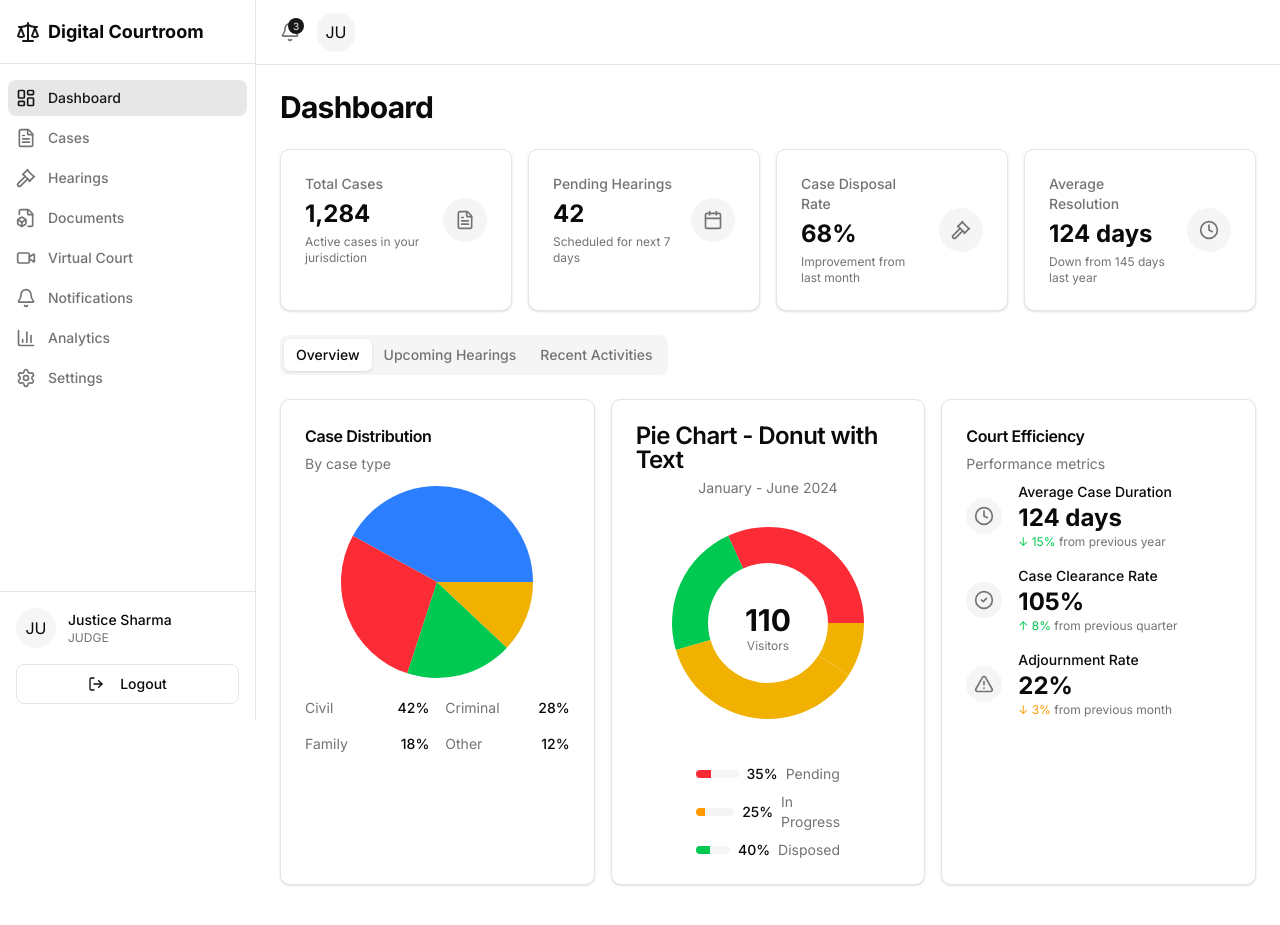
Repository: n0tank3sh/digicourt
Page: /dashboard (app in frontend/)
An editor plug-in stored every save of this project. The page is shown before and after the next save, followed by the edit.
The browser window is 1280 px wide. The pictures show the whole page.
The project was rebuilt for these pictures with package versions that can differ from the ones it lists, and the page was loaded fresh each time. The framework's server and built-in components were replaced by stand-ins that run in the browser. Also part of the build but not shown: frontend/next.config.ts.

Above is the page before, as saved 2025-03-26 23:26:59.

### frontend/src/components/ui/card.tsx
import * as React from "react"

import { cn } from "@/lib/utils"

const Card = React.forwardRef<
  HTMLDivElement,
  React.HTMLAttributes<HTMLDivElement>
>(({ className, ...props }, ref) => (
  <div
    ref={ref}
    className={cn(
      "rounded-lg border bg-card text-card-foreground shadow-sm",
      className
    )}
    {...props}
  />
))
Card.displayName = "Card"

const CardHeader = React.forwardRef<
  HTMLDivElement,
  React.HTMLAttributes<HTMLDivElement>
>(({ className, ...props }, ref) => (
  <div
    ref={ref}
    className={cn("flex flex-col space-y-1.5 p-6", className)}
    {...props}
  />
))
CardHeader.displayName = "CardHeader"

const CardTitle = React.forwardRef<
  HTMLDivElement,
  React.HTMLAttributes<HTMLDivElement>
>(({ className, ...props }, ref) => (
  <div
    ref={ref}
    className={cn(
      "text-2xl font-semibold leading-none tracking-tight",
      className
    )}
    {...props}
  />
))
CardTitle.displayName = "CardTitle"

const CardDescription = React.forwardRef<
  HTMLDivElement,
  React.HTMLAttributes<HTMLDivElement>
>(({ className, ...props }, ref) => (
  <div
    ref={ref}
    className={cn("text-sm text-muted-foreground", className)}
    {...props}
  />
))
CardDescription.displayName = "CardDescription"

const CardContent = React.forwardRef<
  HTMLDivElement,
  React.HTMLAttributes<HTMLDivElement>
>(({ className, ...props }, ref) => (
  <div ref={ref} className={cn("p-6 pt-0", className)} {...props} />
))
CardContent.displayName = "CardContent"

const CardFooter = React.forwardRef<
  HTMLDivElement,
  React.HTMLAttributes<HTMLDivElement>
>(({ className, ...props }, ref) => (
  <div
    ref={ref}
    className={cn("flex items-center p-6 pt-0", className)}
    {...props}
  />
))
CardFooter.displayName = "CardFooter"

export { Card, CardHeader, CardFooter, CardTitle, CardDescription, CardContent }

### frontend/src/components/ui/tabs.tsx
"use client"

import * as React from "react"
import * as TabsPrimitive from "@radix-ui/react-tabs"

import { cn } from "@/lib/utils"

const Tabs = TabsPrimitive.Root

const TabsList = React.forwardRef<
  React.ElementRef<typeof TabsPrimitive.List>,
  React.ComponentPropsWithoutRef<typeof TabsPrimitive.List>
>(({ className, ...props }, ref) => (
  <TabsPrimitive.List
    ref={ref}
    className={cn(
      "inline-flex h-10 items-center justify-center rounded-md bg-muted p-1 text-muted-foreground",
      className
    )}
    {...props}
  />
))
TabsList.displayName = TabsPrimitive.List.displayName

const TabsTrigger = React.forwardRef<
  React.ElementRef<typeof TabsPrimitive.Trigger>,
  React.ComponentPropsWithoutRef<typeof TabsPrimitive.Trigger>
>(({ className, ...props }, ref) => (
  <TabsPrimitive.Trigger
    ref={ref}
    className={cn(
      "inline-flex items-center justify-center whitespace-nowrap rounded-sm px-3 py-1.5 text-sm font-medium ring-offset-background transition-all focus-visible:outline-none focus-visible:ring-2 focus-visible:ring-ring focus-visible:ring-offset-2 disabled:pointer-events-none disabled:opacity-50 data-[state=active]:bg-background data-[state=active]:text-foreground data-[state=active]:shadow-sm",
      className
    )}
    {...props}
  />
))
TabsTrigger.displayName = TabsPrimitive.Trigger.displayName

const TabsContent = React.forwardRef<
  React.ElementRef<typeof TabsPrimitive.Content>,
  React.ComponentPropsWithoutRef<typeof TabsPrimitive.Content>
>(({ className, ...props }, ref) => (
  <TabsPrimitive.Content
    ref={ref}
    className={cn(
      "mt-2 ring-offset-background focus-visible:outline-none focus-visible:ring-2 focus-visible:ring-ring focus-visible:ring-offset-2",
      className
    )}
    {...props}
  />
))
TabsContent.displayName = TabsPrimitive.Content.displayName

export { Tabs, TabsList, TabsTrigger, TabsContent }

### frontend/src/types/index.ts
// User Types
export enum UserRole {
  JUDGE = "JUDGE",
  LAWYER = "LAWYER",
  COURT_STAFF = "COURT_STAFF",
  CITIZEN = "CITIZEN",
  ADMIN = "ADMIN",
}

export interface User {
  id: string
  name: string
  email: string
  role: UserRole
  barId?: string // For lawyers
  courtId?: string // For judges and court staff
  createdAt: Date
  updatedAt: Date
}

// Case Types
export enum CaseStatus {
  FILED = "FILED",
  PENDING = "PENDING",
  IN_PROGRESS = "IN_PROGRESS",
  SCHEDULED = "SCHEDULED",
  ADJOURNED = "ADJOURNED",
  DISPOSED = "DISPOSED",
  CLOSED = "CLOSED",
}

export enum CaseType {
  CIVIL = "CIVIL",
  CRIMINAL = "CRIMINAL",
  FAMILY = "FAMILY",
  CORPORATE = "CORPORATE",
  CONSTITUTIONAL = "CONSTITUTIONAL",
  OTHER = "OTHER",
}

export interface Case {
  id: string
  caseNumber: string
  title: string
  description: string
  type: CaseType
  status: CaseStatus
  filingDate: Date
  plaintiffs: string[] // IDs of involved parties
  defendants: string[] // IDs of involved parties
  judgerId?: string
  courtId: string
  createdAt: Date
  updatedAt: Date
}

// Hearing Types
export enum HearingType {
  PHYSICAL = "PHYSICAL",
  VIRTUAL = "VIRTUAL",
  HYBRID = "HYBRID",
}

export enum HearingStatus {
  SCHEDULED = "SCHEDULED",
  IN_PROGRESS = "IN_PROGRESS",
  COMPLETED = "COMPLETED",
  ADJOURNED = "ADJOURNED",
  CANCELLED = "CANCELLED",
}

export interface Hearing {
  id: string
  caseId: string
  scheduledDate: Date
  actualDate?: Date
  type: HearingType
  status: HearingStatus
  location: string // Court room or virtual link
  notes?: string
  attendees: string[] // IDs of attendees
  createdAt: Date
  updatedAt: Date
}

// Document Types
export enum DocumentType {
  PETITION = "PETITION",
  EVIDENCE = "EVIDENCE",
  AFFIDAVIT = "AFFIDAVIT",
  JUDGMENT = "JUDGMENT",
  ORDER = "ORDER",
  NOTICE = "NOTICE",
  OTHER = "OTHER",
}

export interface Document {
  id: string
  caseId: string
  title: string
  type: DocumentType
  fileUrl: string
  fileSize: number
  mimeType: string
  uploadedBy: string // User ID
  isPublic: boolean
  version: number
  createdAt: Date
  updatedAt: Date
}

// Notification Types
export enum NotificationType {
  CASE_UPDATE = "CASE_UPDATE",
  HEARING_SCHEDULED = "HEARING_SCHEDULED",
  HEARING_RESCHEDULED = "HEARING_RESCHEDULED",
  DOCUMENT_UPLOADED = "DOCUMENT_UPLOADED",
  SUMMONS = "SUMMONS",
  JUDGMENT_DELIVERED = "JUDGMENT_DELIVERED",
  OTHER = "OTHER",
}

export interface Notification {
  id: string
  userId: string
  type: NotificationType
  title: string
  message: string
  relatedId?: string // ID of related entity (case, hearing, etc.)
  isRead: boolean
  createdAt: Date
}

// Court Types
export interface Court {
  id: string
  name: string
  type: string
  address: string
  jurisdiction: string
  contactNumber: string
  email: string
  createdAt: Date
  updatedAt: Date
}

// Analytics Types
export interface CaseAnalytics {
  totalCases: number
  pendingCases: number
  disposedCases: number
  averageDisposalTime: number // in days
  casesByType: Record<CaseType, number>
  casesByStatus: Record<CaseStatus, number>
  monthlyCaseFiling: { month: string; count: number }[]
}

export interface CourtAnalytics {
  totalHearings: number
  completedHearings: number
  adjournedHearings: number
  averageHearingDuration: number // in minutes
  hearingsByType: Record<HearingType, number>
  courtUtilization: number // percentage
}

### frontend/src/components/ui/piechart.tsx
"use client"
import { TrendingUp } from "lucide-react"
import { Pie, PieChart } from "recharts"
import {
    Card,
    CardContent,
    CardDescription,
    CardHeader,
    CardTitle,

} from "@/components/ui/card"
import {
    ChartConfig,
    ChartContainer,
    ChartTooltip,
    ChartTooltipContent,
} from "@/components/ui/chart"
const chartData = [
    { browser: "Civil", visitors: 42, fill: "var(--color-blue-500)" },
    { browser: "Criminal", visitors: 28, fill: "var(--color-red-500)" },
    { browser: "Family", visitors: 18, fill: "var(--color-green-500)" },
    { browser: "other", visitors: 12, fill: "var(--color-yellow-500)" },
]
const chartConfig = {
    visitors: {
        label: "Visitors",
    },
    chrome: {
        label: "Chrome",
        color: "hsl(var(--chart-1))",
    },
    safari: {
        label: "Safari",
        color: "hsl(var(--chart-2))",
    },
    firefox: {
        label: "Firefox",
        color: "hsl(var(--chart-3))",
    },
    edge: {
        label: "Edge",
        color: "hsl(var(--chart-4))",
    },
    other: {
        label: "Other",
        color: "hsl(var(--chart-5))",
    },
} satisfies ChartConfig
export function PieChartComponent() {
    return (
        <Card className="flex flex-col  bg-transparent shadow-none  border-none   ">
                {/* <CardHeader className="bg-transparent ">
                <CardTitle>Pie Chart</CardTitle>
                    <CardDescription>Browser usage statistics</CardDescription>

                </CardHeader> */}
            <CardContent className="flex-1  pb-0 ">
                <ChartContainer
                    config={chartConfig}
                    className="mx-auto  h-[500px] aspect-square max-h-[250px] pb-0 [&_.recharts-pie-label-text]:fill-foreground"
                >
                    <PieChart>
                        <ChartTooltip content={<ChartTooltipContent hideLabel/>} />
                        <Pie data={chartData} dataKey="visitors"  nameKey="browser" />
                    </PieChart>
                </ChartContainer>
            </CardContent>

        </Card>
    )
}

### frontend/src/components/ui/donutchart.tsx
"use client"

import * as React from "react"
import { TrendingUp } from "lucide-react"
import { Label, Pie, PieChart } from "recharts"

import {
    Card,
    CardContent,
    CardDescription,
    CardFooter,
    CardHeader,
    CardTitle,
} from "@/components/ui/card"
import {
    ChartConfig,
    ChartContainer,
    ChartTooltip,
    ChartTooltipContent,
} from "@/components/ui/chart"
const chartData = [
    { browser: "pending", visitors: 35, fill: "var(--color-red-500)" },
    { browser: "process", visitors: 25, fill: "var(--color-green-500)" },
    { browser: "disposed", visitors: 40, fill: "var(--color-yellow-500)" },
    { browser: "disposed", visitors: 10, fill: "var(--color-yellow-500)" },

]

const chartConfig = {
    visitors: {
        label: "Visitors",
    },
    chrome: {
        label: "Chrome",
        color: "hsl(var(--chart-1))",
    },
    safari: {
        label: "Safari",
        color: "hsl(var(--chart-2))",
    },
    firefox: {
        label: "Firefox",
        color: "hsl(var(--chart-3))",
    },
    edge: {
        label: "Edge",
        color: "hsl(var(--chart-4))",
    },
    other: {
        label: "Other",
        color: "hsl(var(--chart-5))",
    },
} satisfies ChartConfig

export function DonutChart() {
    const totalVisitors = React.useMemo(() => {
        return chartData.reduce((acc, curr) => acc + curr.visitors, 0)
    }, [])

    return (
        <Card className="flex flex-col">
            <CardHeader className="items-center pb-0">
                <CardTitle>Pie Chart - Donut with Text</CardTitle>
                <CardDescription>January - June 2024</CardDescription>
            </CardHeader>
            <CardContent className="flex-1 pb-0">
                <ChartContainer
                    config={chartConfig}
                    className="mx-auto aspect-square max-h-[250px]"
                >
                    <PieChart>
                        <ChartTooltip
                            cursor={false}
                            content={<ChartTooltipContent hideLabel />}
                        />
                        <Pie
                            data={chartData}
                            dataKey="visitors"
                            nameKey="browser"
                            innerRadius={60}
                            strokeWidth={5}
                        >
                            <Label
                                content={({ viewBox }) => {
                                    if (viewBox && "cx" in viewBox && "cy" in viewBox) {
                                        return (
                                            <text
                                                x={viewBox.cx}
                                                y={viewBox.cy}
                                                textAnchor="middle"
                                                dominantBaseline="middle"
                                            >
                                                <tspan
                                                    x={viewBox.cx}
                                                    y={viewBox.cy}
                                                    className="fill-foreground text-3xl font-bold"
                                                >
                                                    {totalVisitors.toLocaleString()}
                                                </tspan>
                                                <tspan
                                                    x={viewBox.cx}
                                                    y={(viewBox.cy || 0) + 24}
                                                    className="fill-muted-foreground"
                                                >
                                                    Visitors
                                                </tspan>
                                            </text>
                                        )
                                    }
                                }}
                            />
                        </Pie>
                    </PieChart>
                </ChartContainer>
            </CardContent>
            <CardFooter className="flex-col gap-2 text-sm">
                <div className="space-y-2 mt-4">
                    <div className="flex items-center">
                        <div className="w-full flex items-center gap-2">
                            <div className="h-2 w-full bg-muted rounded-full overflow-hidden">
                                <div className="bg-red-500 h-full w-[35%]" />
                            </div>
                            <span className="text-sm font-medium">35%</span>
                        </div>
                        <span className="text-sm text-muted-foreground ml-2 w-24">Pending</span>
                    </div>
                    <div className="flex items-center">
                        <div className="w-full flex items-center gap-2">
                            <div className="h-2 w-full bg-muted rounded-full overflow-hidden">
                                <div className="bg-amber-500 h-full w-[25%]" />
                            </div>
                            <span className="text-sm font-medium">25%</span>
                        </div>
                        <span className="text-sm text-muted-foreground ml-2 w-24">In Progress</span>
                    </div>
                    <div className="flex items-center">
                        <div className="w-full flex items-center gap-2">
                            <div className="h-2 w-full bg-muted rounded-full overflow-hidden">
                                <div className="bg-green-500 h-full w-[40%]" />
                            </div>
                            <span className="text-sm font-medium">40%</span>
                        </div>
                        <span className="text-sm text-muted-foreground ml-2 w-24">Disposed</span>
                    </div>
                </div>
            </CardFooter>
        </Card>
    )
}

### frontend/src/components/ui/button.tsx
import * as React from "react"
import { Slot } from "@radix-ui/react-slot"
import { cva, type VariantProps } from "class-variance-authority"

import { cn } from "@/lib/utils"

const buttonVariants = cva(
  "inline-flex items-center justify-center gap-2 whitespace-nowrap rounded-md text-sm font-medium ring-offset-background transition-colors focus-visible:outline-none focus-visible:ring-2 focus-visible:ring-ring focus-visible:ring-offset-2 disabled:pointer-events-none disabled:opacity-50 [&_svg]:pointer-events-none [&_svg]:size-4 [&_svg]:shrink-0",
  {
    variants: {
      variant: {
        default: "bg-primary text-primary-foreground hover:bg-primary/90",
        destructive:
          "bg-destructive text-destructive-foreground hover:bg-destructive/90",
        outline:
          "border border-input bg-background hover:bg-accent hover:text-accent-foreground",
        secondary:
          "bg-secondary text-secondary-foreground hover:bg-secondary/80",
        ghost: "hover:bg-accent hover:text-accent-foreground",
        link: "text-primary underline-offset-4 hover:underline",
      },
      size: {
        default: "h-10 px-4 py-2",
        sm: "h-9 rounded-md px-3",
        lg: "h-11 rounded-md px-8",
        icon: "h-10 w-10",
      },
    },
    defaultVariants: {
      variant: "default",
      size: "default",
    },
  }
)

export interface ButtonProps
  extends React.ButtonHTMLAttributes<HTMLButtonElement>,
    VariantProps<typeof buttonVariants> {
  asChild?: boolean
}

const Button = React.forwardRef<HTMLButtonElement, ButtonProps>(
  ({ className, variant, size, asChild = false, ...props }, ref) => {
    const Comp = asChild ? Slot : "button"
    return (
      <Comp
        className={cn(buttonVariants({ variant, size, className }))}
        ref={ref}
        {...props}
      />
    )
  }
)
Button.displayName = "Button"

export { Button, buttonVariants }

### frontend/src/components/ui/avatar.tsx
"use client"

import * as React from "react"
import * as AvatarPrimitive from "@radix-ui/react-avatar"

import { cn } from "@/lib/utils"

const Avatar = React.forwardRef<
  React.ElementRef<typeof AvatarPrimitive.Root>,
  React.ComponentPropsWithoutRef<typeof AvatarPrimitive.Root>
>(({ className, ...props }, ref) => (
  <AvatarPrimitive.Root
    ref={ref}
    className={cn(
      "relative flex h-10 w-10 shrink-0 overflow-hidden rounded-full",
      className
    )}
    {...props}
  />
))
Avatar.displayName = AvatarPrimitive.Root.displayName

const AvatarImage = React.forwardRef<
  React.ElementRef<typeof AvatarPrimitive.Image>,
  React.ComponentPropsWithoutRef<typeof AvatarPrimitive.Image>
>(({ className, ...props }, ref) => (
  <AvatarPrimitive.Image
    ref={ref}
    className={cn("aspect-square h-full w-full", className)}
    {...props}
  />
))
AvatarImage.displayName = AvatarPrimitive.Image.displayName

const AvatarFallback = React.forwardRef<
  React.ElementRef<typeof AvatarPrimitive.Fallback>,
  React.ComponentPropsWithoutRef<typeof AvatarPrimitive.Fallback>
>(({ className, ...props }, ref) => (
  <AvatarPrimitive.Fallback
    ref={ref}
    className={cn(
      "flex h-full w-full items-center justify-center rounded-full bg-muted",
      className
    )}
    {...props}
  />
))
AvatarFallback.displayName = AvatarPrimitive.Fallback.displayName

export { Avatar, AvatarImage, AvatarFallback }

Loaded but not shown: frontend/src/app/layout.tsx (common file); frontend/src/components/theme-provider.tsx (common file); frontend/src/lib/utils.ts (common file); frontend/src/app/dashboard/page.tsx (304 lines, source omitted); frontend/src/components/ui/chart.tsx (365 lines, source omitted); frontend/src/components/layout/main-layout.tsx (187 lines, source omitted); frontend/src/app/globals.css (202 lines, source omitted); frontend/src/components/ui/sheet.tsx (140 lines, source omitted)

After the next save:
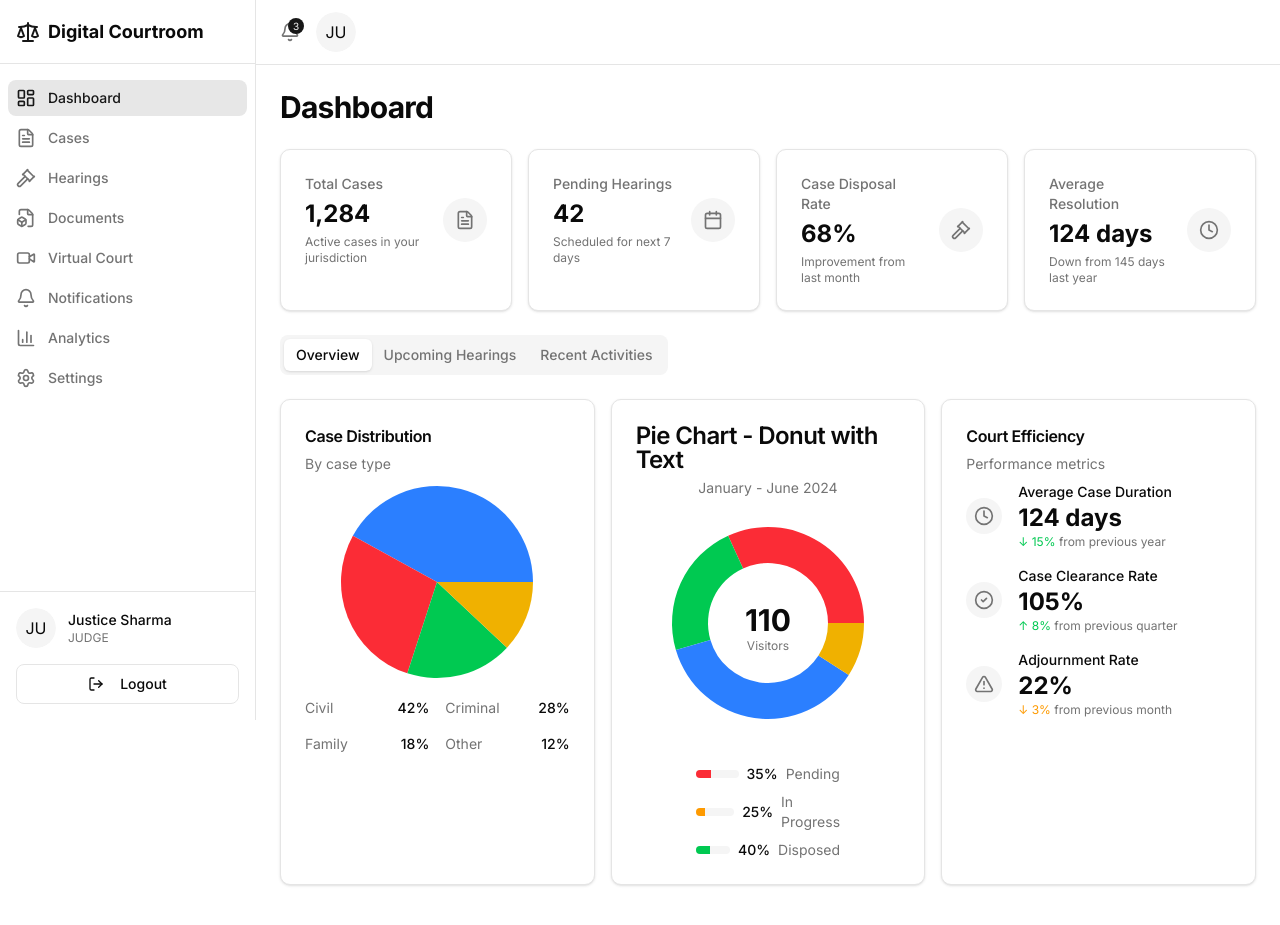
Saved 10 s later.
--- a/frontend/src/components/ui/donutchart.tsx
+++ b/frontend/src/components/ui/donutchart.tsx
@@ -21,7 +21,7 @@ import {
 const chartData = [
     { browser: "pending", visitors: 35, fill: "var(--color-red-500)" },
     { browser: "process", visitors: 25, fill: "var(--color-green-500)" },
-    { browser: "disposed", visitors: 40, fill: "var(--color-yellow-500)" },
+    { browser: "disposed", visitors: 40, fill: "var(--color-blue-500)" },
     { browser: "disposed", visitors: 10, fill: "var(--color-yellow-500)" },
 
 ]
